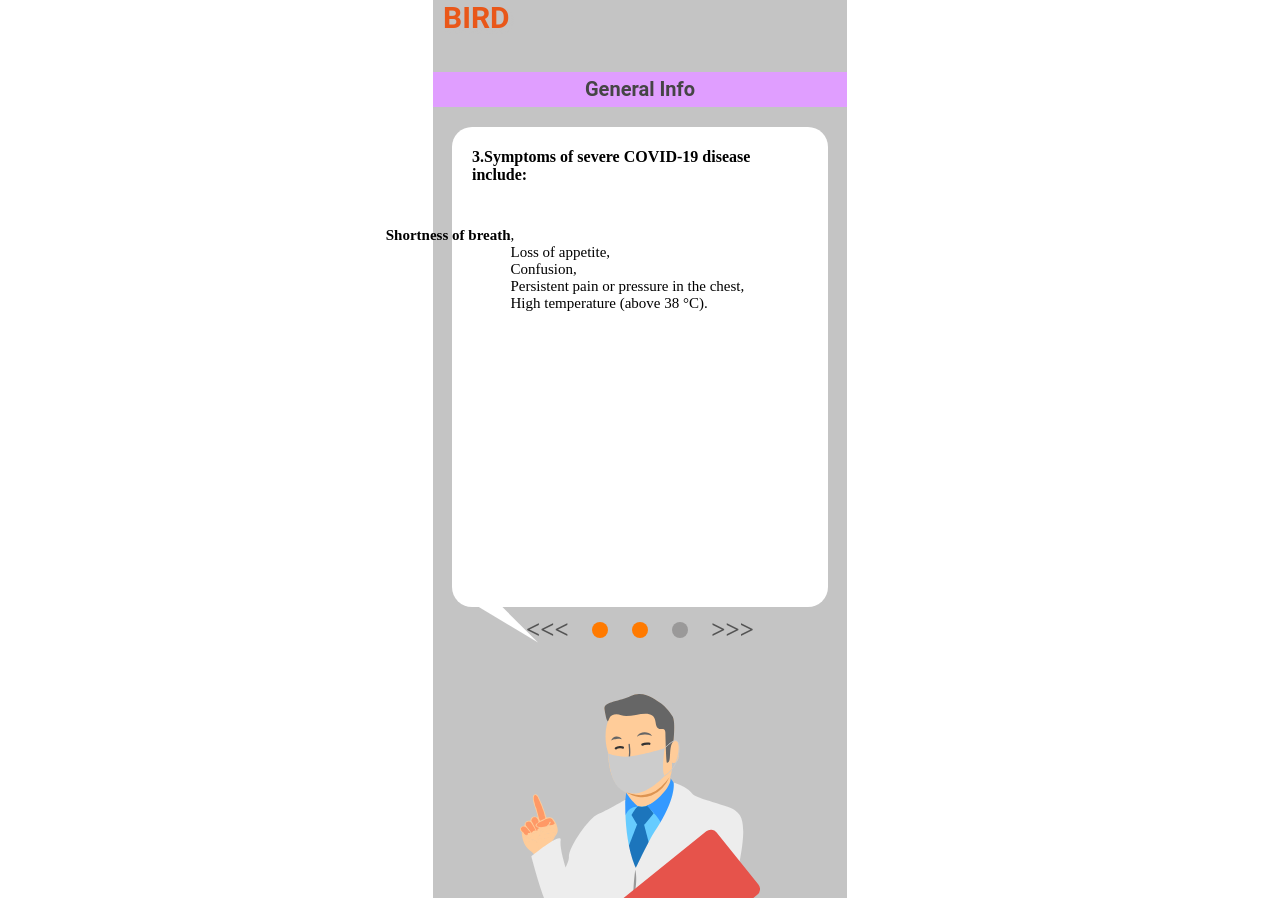
Repository: Levic559/BIRD
Page: General_info-3/1.html
These files come from the project's save history. The page is drawn as it stood at one moment and after a run of saves; the edit follows.
The browser window is 1280 px wide. The pictures show the whole page.

Above is the page before, as saved 2021-03-11 01:12:48.

### General_info-3/1.html
<!DOCTYPE html>
<html lang="en">
<head>
  <meta charset="UTF-8">
  <meta http-equiv="X-UA-Compatible" content="IE=edge">
  <meta name="viewport" content="width=device-width, initial-scale=1.0">
  <title>General Info 3-1</title>
  <link rel="stylesheet" href="../General_info_structure/mystyle.css">
</head>
<body>
  <div class="wrap">
    <div class="pages">
      <div class="header"></div>
      <div class="banner"></div>
      <div class="infographic">
        <h4 class="infographicQ">3.Symptoms of severe COVID‐19 disease include:

        </h4>
        <p class="infographicText2"><br><b>Shortness of breath</b>,
          <br>Loss of appetite,
          <br>Confusion,
          <br>Persistent pain or pressure in the chest,
          <br>High temperature (above 38 °C).
        </p>
        <div class="infographicImg">
          <img src="">
        </div>
      </div>
      <div class="triangle">
        <img src="../assets/chat-triangle.svg" class="triangleimg">
      </div>
      <div class="BtnPages"></div>
      <div class="Speaker">
        <img src="../assets/doctor-hand.svg" onmouseover="HandleDoctorOn()"
        onmouseout="HandleDoctorOut()" class="doctor">
      </div>
    </div>
</div>
</body>
<script src="../comps/Logo/index.js"></script>
<script src="../comps/Banner/index.js"></script>
<script src="../comps/BtnPages/index.js"></script>
<script src="1.js"></script>
<script>
      function HandleDoctorOn ()
  {
    document.querySelector(".doctor").src ="../assets/doctor.svg"
    document.querySelector(".doctor").style.width = "100%"
    document.querySelector(".doctor").style.height = "100%"
  }
  function HandleDoctorOut ()
  {
    document.querySelector(".doctor").src ="../assets/doctor-hand.svg"
    document.querySelector(".doctor").style.width = ""
    document.querySelector(".doctor").style.height = ""

  }
</script>
</html>

### General_info_structure/mystyle.css
body {
  margin: 0;
  padding: 0;
}

.wrap{
  width: 100vw;
  height: 100vh;
  box-sizing: border-box;
  position: relative;
  display: flex;
  flex-direction: row;
}
.pages{
  margin: 0 auto;
  width: 414px;
  height: 898px;
  display: flex;
  flex-direction: column;
  background-color: #C4C4C4;
  overflow: hidden;
}
.header{
  width: 414px;
  height: 85px;
  padding-left: 10px;
}
.banner{
  width: 414px;
  height: 35px;
  margin: 0 ;
  padding: 0;
}
.bgcWhite{
  background-color: #fff;
}

.infographic {
  width: 376px;
  min-height: 480px;
  max-height: 480px;
  margin-top: 20px;
  background-color: white;
  border-radius: 20px;
  align-self: center;
  display: flex;
  flex-direction: column;
  align-items: center;
  justify-content: space-between;
}

.triangle {
  width: 70px;
  height: 70px;
  overflow: hidden;
  position: relative;
  left: 35px;
  bottom: 15px;
}

.triangleimg {
  width: 100%;
  height: 100%;
}

.BtnPages {
  align-self: center;
  position: relative;
  bottom: 50px;
}

.Speaker {
  width: 240px;
  height: 240px;
  overflow: hidden;
  align-self: center;
}
.head{
  color: #C4C4C4;
  position: absolute;
  margin-right: 170px;
  margin-top: 230px;

}
.head2{
  color: #C4C4C4;
  position: absolute;
  margin-right: 180px;
  margin-top: 430px;

}

.infographicImg{

  width: 300px;
  height: 200px;
  overflow: hidden;
  position: absolute;
  margin-top: 250px;
}
.infographicImg2{
  width: 35px;
  height: 35px;
  position: absolute;
  margin-top: 280px;
  margin-right: 255px;
  overflow: hidden;
}
.infographicImg3{
  width: 75px;
  height: 75px;
  position: absolute;
  margin-top: 300px;
  margin-right: 150px;
  overflow: hidden;
}
.infographicImg4{
  width: 30px;
  height: 30px;
  position: absolute;
  margin-top: 270px;
  margin-right: 60px;
  overflow: hidden;
}
.infographicImg5{
  width: 35px;
  height: 35px;
  position: absolute;
  margin-top: 360px;
  margin-right: 110px;
  overflow: hidden;
}
.infographicImg6{
  width: 75px;
  height: 75px;
  position: absolute;
  margin-top: 300px;
  margin-right: 200px;
  overflow: hidden;
}
.infographicImg7{
  width: 30px;
  height: 30px;
  position: absolute;
  margin-top: 250px;
  margin-right: 49px;
  overflow: hidden;
}
.infographicImg8{
  width: 250px;
  height: 250px;
  position: absolute;
  margin-top: 250px;
  margin-right: 10px;
  overflow: hidden;
}
.infographicImg9{
  width: 250px;
  height: 250px;
  position: absolute;
  margin-top: 243px;
  margin-right: 10px;
  overflow: hidden;
}
.infographicImg10{
  width: 250px;
  height: 250px;
  position: absolute;
  margin-top: 267px;
  margin-right: 10px;
  overflow: hidden;
}


.infographicQ {
  padding-left: 20px;
  padding-right: 20px;
}

.infographicText {
  font-size: 30px;
  padding-left: 20px;
  padding-right: 20px;
}
.infographicText1{
  font-size: 15px;
  display: flex;
  position: absolute;
  margin-top: 100px;
  margin-right: 150px;
}
.infographicText2{
  font-size: 15px;
  display: flex;
  position: absolute;
  margin-top: 100px;
  margin-right: 150px;
}

### comps/Logo/index.js
function LogoUI(fontSize="84",fontWeight="700", Scolor="grey"){
  return`
  <div style="
  font-size:${fontSize}px;
  font-weight:${fontWeight};
  font-family: Roboto;
  position:absolute;
  color:#E95719;
  text-shadow:3px 3px 3px ${Scolor} ;
  transition: opactity 0.3s; left 0.5s;
  opacity:1;
  onmouseover="LogoUI.HandleMouseover(this)";
  onmouseout="LogoUI.HandleMouseout(this)";
  onclick="LogoUI.Handleclick(this)";
  >BIRD</div>

  `
}

LogoUI.HandleMouseover = (el) =>{
  el.style.opacity = 0.75;
}

LogoUI.HandleMouseout = (el) =>{
  el.style.opacity = 1;
}

LogoUI.Handleclick = (el) =>{
  el.style.top = "-20px";
  el.style.fontSize="550%";
}

// export  const Logo = LogoUI();

### comps/Banner/index.js
function BannerUI(text="Covid-19"){
  return`
  <div style="
  width:414px;
  height:35px;
  font-size:20px;
  line-height: 35px;
  text-align: center;
  font-weight:700;
  font-family: Roboto;
  background-color:#E09EFF;
  color:#454545;
  ">${text}</div>

  `
}

// export  const Banner = BannerUI();

### comps/BtnPages/index.js
function BtnPagesUI (circleTwo="#9A9999", circleThree="#9A9999", lastPage="../General_info_structure/General_info-1.html", nextPage="../General_info_structure/General_info-1.html")
{
    return`
        <div style="
            display: flex;
            flex-direction: row;
            max-width: 228px;
            min-width: 228px;
            justify-content: space-between;
            align-items: center;
        ">
            <div style="
                font-size: 25px;
                font-weight: bold;
                color: #545454;
                transition: text-shadow 0.3s;
            "
            onmouseover='BtnPagesUI.HandleMouseOver1(this)'
            onmouseout='BtnPagesUI.HandleMouseOut1(this)'
            onclick='window.location.href="${lastPage}"'
            > <<< </div>

            <div style="
                width: 16px;
                height: 16px;
                border-radius: 50%;
                background-color: #FF7A00;
                transition: border 0.3s;
            "
            onmouseover='BtnPagesUI.HandleMouseOver2(this)'
            onmouseout='BtnPagesUI.HandleMouseOut2(this)'
            onclick='window.location.href="../General_info-1/1.html"'
            ></div>
            <div style="
                width: 16px;
                height: 16px;
                border-radius: 50%;
                background-color: ${circleTwo};
                transition: border 0.3s;
            "
            onmouseover='BtnPagesUI.HandleMouseOver2(this)'
            onmouseout='BtnPagesUI.HandleMouseOut2(this)'
            onclick='window.location.href="../General_info-3/1.html"'
            ></div>
            <div style="
                width: 16px;
                height: 16px;
                border-radius: 50%;
                background-color: ${circleThree};
                transition: border 0.3s;
            "
            onmouseover='BtnPagesUI.HandleMouseOver2(this)'
            onmouseout='BtnPagesUI.HandleMouseOut2(this)'
            onclick='window.location.href="../General_info-5/1.html"'
            ></div>

            <div style ="
                font-size: 25px;
                font-weight: bold;
                color: #545454;
                transition: text-shadow 0.3s;
            "
            onmouseover='BtnPagesUI.HandleMouseOver1(this)'
            onmouseout='BtnPagesUI.HandleMouseOut1(this)'
            onclick='window.location.href="${nextPage}"'
            > >>> </div>
        </div>
    `
}

BtnPagesUI.HandleMouseOver1 = (el) => {
    el.style.textShadow = "0px 0px 3px black"
}

BtnPagesUI.HandleMouseOut1 = (el) => {
    el.style.textShadow = "0px 0px 0px #545454"
}

BtnPagesUI.HandleMouseOver2 = (el) => {
    el.style.border = " 2px solid #545454"
}
BtnPagesUI.HandleMouseOut2 = (el) => {
    el.style.border = " 0px solid #545454"
}



//export const BtnPages = BtnPagesUI()

### General_info-3/1.js
document.querySelector(".header").innerHTML += LogoUI(30,700, "#C4C4C4");
document.querySelector(".banner").innerHTML += BannerUI("General Info");
document.querySelector(".BtnPages").innerHTML += BtnPagesUI("#FF7A00", "#9A9999");

After the next 4 saves:
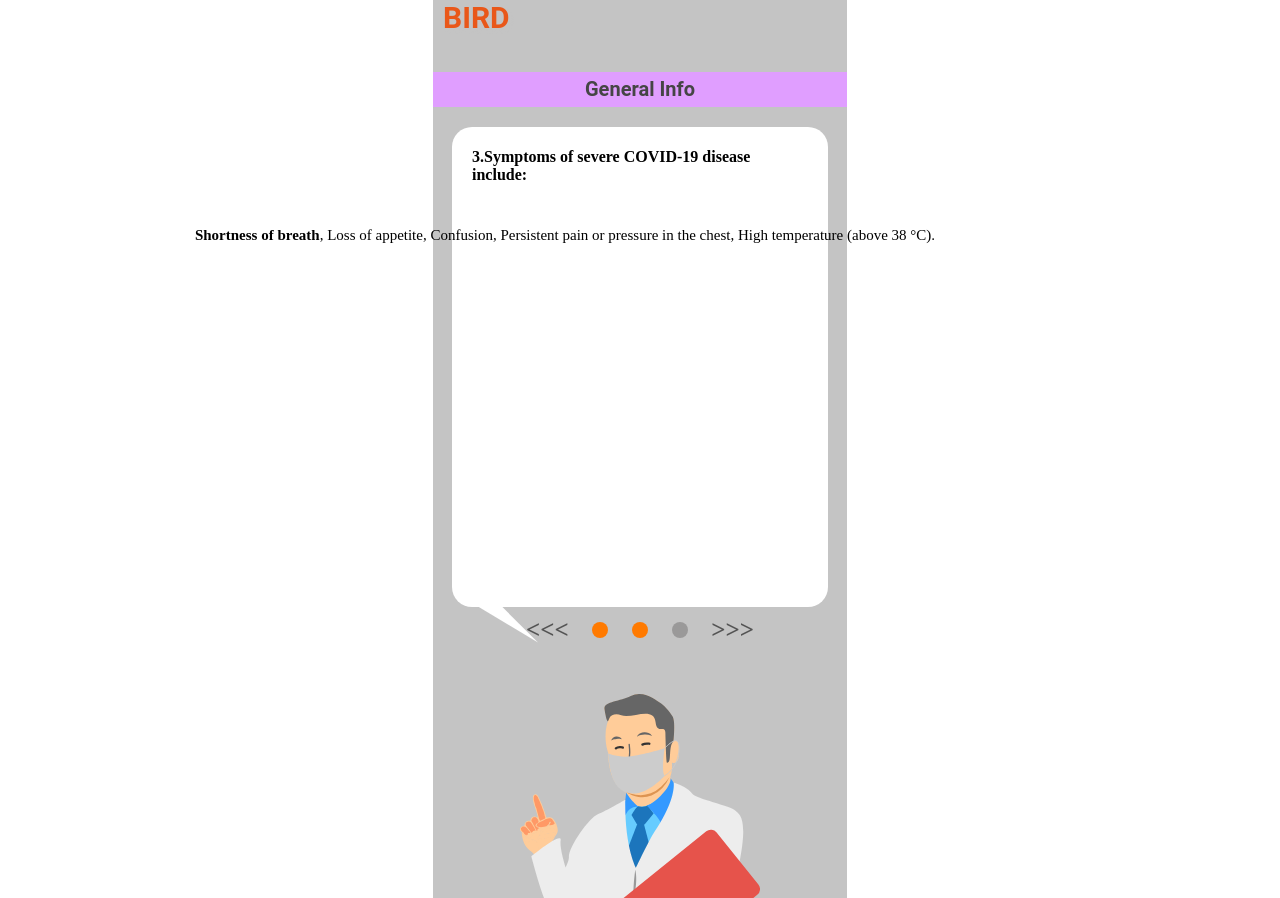
The 4 saves are shown as one change because they came seconds apart.
The last was saved 15 s later.
--- a/General_info-3/1.html
+++ b/General_info-3/1.html
@@ -17,10 +17,10 @@
 
         </h4>
         <p class="infographicText2"><br><b>Shortness of breath</b>,
-          <br>Loss of appetite,
-          <br>Confusion,
-          <br>Persistent pain or pressure in the chest,
-          <br>High temperature (above 38 °C).
+          Loss of appetite,
+          Confusion,
+          Persistent pain or pressure in the chest,
+          High temperature (above 38 °C).
         </p>
         <div class="infographicImg">
           <img src="">
